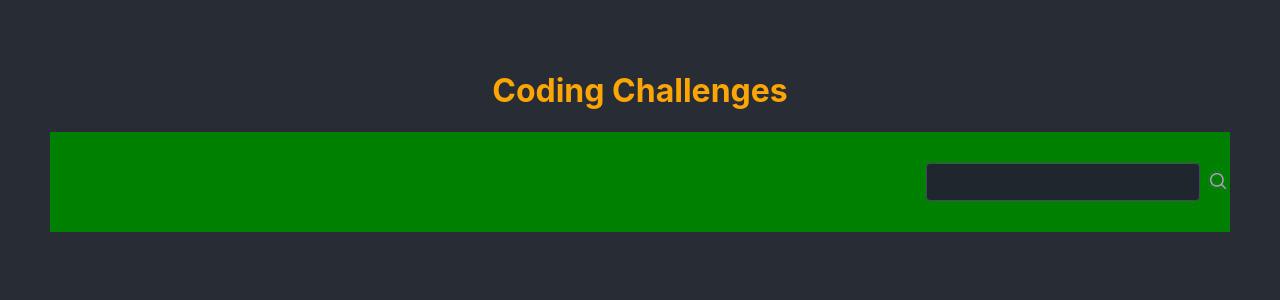
Repository: Valentina-Maraio/coding_challenges
Page: /
These files come from the project's save history. The page is drawn as it stood at one moment and after the next save; the edit follows.
The browser window is 1280 px wide. The pictures show the whole page.
The project was rebuilt for these pictures with package versions that can differ from the ones it lists, and the page was loaded fresh each time.

Above is the page before, as saved 2024-07-05 12:10:05.

### src/index.js
import React from 'react';
import ReactDOM from 'react-dom/client';
import './index.css';
import App from './App';
import reportWebVitals from './reportWebVitals';
import { PrimeReactProvider } from 'primereact/api';
import 'primeicons/primeicons.css';



const root = ReactDOM.createRoot(document.getElementById('root'));
root.render(
  <React.StrictMode>
    <PrimeReactProvider>
      <App/>
    </PrimeReactProvider>
  </React.StrictMode>
);

// If you want to start measuring performance in your app, pass a function
// to log results (for example: reportWebVitals(console.log))
// or send to an analytics endpoint. Learn more: https://bit.ly/CRA-vitals
reportWebVitals();

### src/App.js
import React, { useState } from "react";
import "primereact/resources/themes/bootstrap4-dark-purple/theme.css";
import "./App.css";
import { InputText } from "primereact/inputtext";
import { Button } from "primereact/button";
import "primeicons/primeicons.css";

function App() {
  const [inputValue, setInputValue] = useState("");

  const handleChange = (event) => {
    setInputValue(event.target.value);
  };

  const handleSubmit = () => {
    alert(`Input Value: ${inputValue}`);
    setInputValue("");
  };
  return (
    <>
      <div className="container">
        <div className="app_title">
          <h1>Coding Challenges</h1>
        </div>
        <div className="filter_container">
          <InputText value={inputValue} onChange={handleChange} />
          <div className="submit_icon">
            <i
              onClick={handleSubmit}
              className="pi pi-search"
              style={{ color: "var(--primary-color)" }}
            ></i>
          </div>
        </div>
      </div>
    </>
  );
}

export default App;

### src/App.css
body {
  background-color: #282c34;
  margin: 50px;
}

.container {
  display: flex;
  justify-content: center;
  align-items: center;
  flex-direction: column;
}

.app_title {
  color: orange;
}

.filter_container {
  width: 100%;
  height: 100px;
  background-color: green;
  display: flex;
  justify-content: flex-end;
  align-items: center;
}

.submit_icon {
  width: 30px;
  padding: 10px;
}

Loaded but not shown: public/index.html (common file); src/index.css (common file); src/reportWebVitals.js (common file)

After the next save:
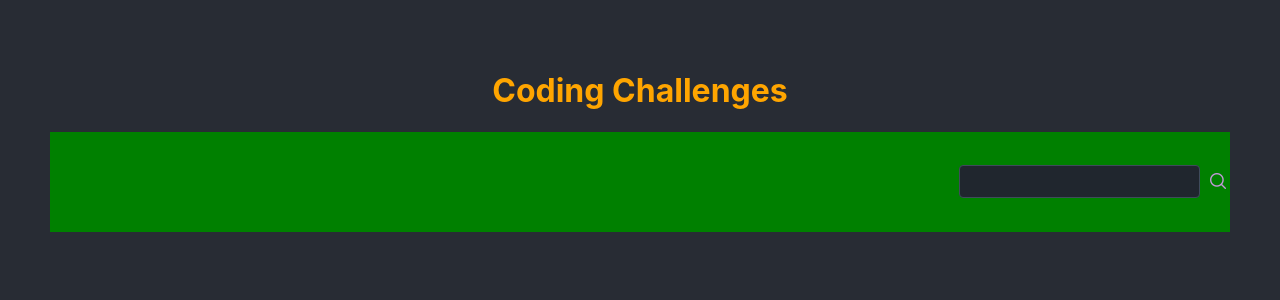
Saved 44 s later.
--- a/src/App.js
+++ b/src/App.js
@@ -23,7 +23,7 @@ function App() {
           <h1>Coding Challenges</h1>
         </div>
         <div className="filter_container">
-          <InputText value={inputValue} onChange={handleChange} />
+          <InputText value={inputValue} onChange={handleChange} className="p-inputtext-sm"/>
           <div className="submit_icon">
             <i
               onClick={handleSubmit}
